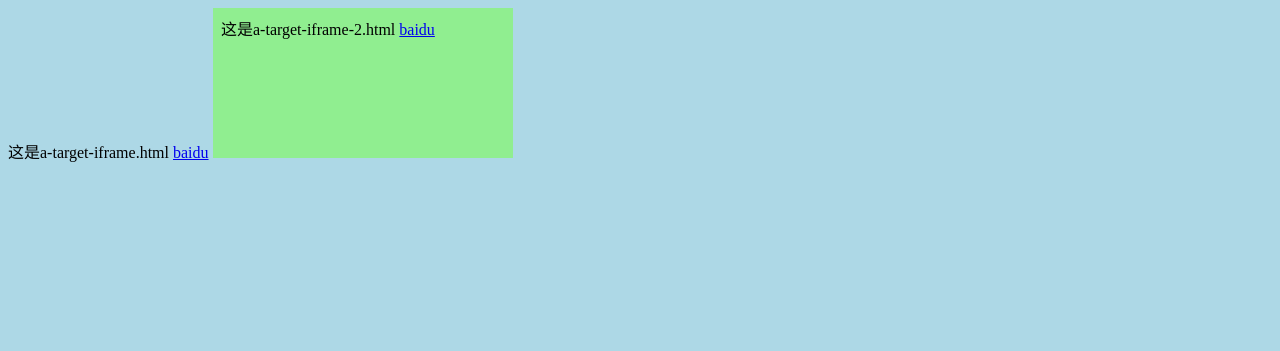
Repository: Lixianlai-2/html-demo-1
Page: a-target-iframe.html
An editor plug-in stored every save of this project. The page is shown before and after the next save, followed by the edit.
The browser window is 1280 px wide. The pictures show the whole page.

Above is the page before, as saved 2021-11-27 12:32:54.

### a-target-iframe.html
<!DOCTYPE html>
<html lang="en">
  <head>
    <meta charset="UTF-8" />
    <meta http-equiv="X-UA-Compatible" content="IE=edge" />
    <meta name="viewport" content="width=device-width, initial-scale=1.0" />
    <title>Document</title>
  </head>
  <body style="background-color: lightblue">
    这是a-target-iframe.html

    <!-- _top会直接在当前页面跳转，而不是按照a-target.html中的_blank打开新页面 -->
    <a href="//baidu.com" target="_top">baidu</a>

    <iframe src="/a-target-iframe-2.html" frameborder="0"></iframe>
  </body>
</html>

### a-target-iframe-2.html
<!DOCTYPE html>
<html lang="en">
  <head>
    <meta charset="UTF-8" />
    <meta http-equiv="X-UA-Compatible" content="IE=edge" />
    <meta name="viewport" content="width=device-width, initial-scale=1.0" />
    <title>Document</title>
  </head>
  <body style="background-color: lightgreen">
    这是a-target-iframe-2.html
    <a href="//baidu.com" target="_parent">baidu</a>
  </body>
</html>

After the next save:
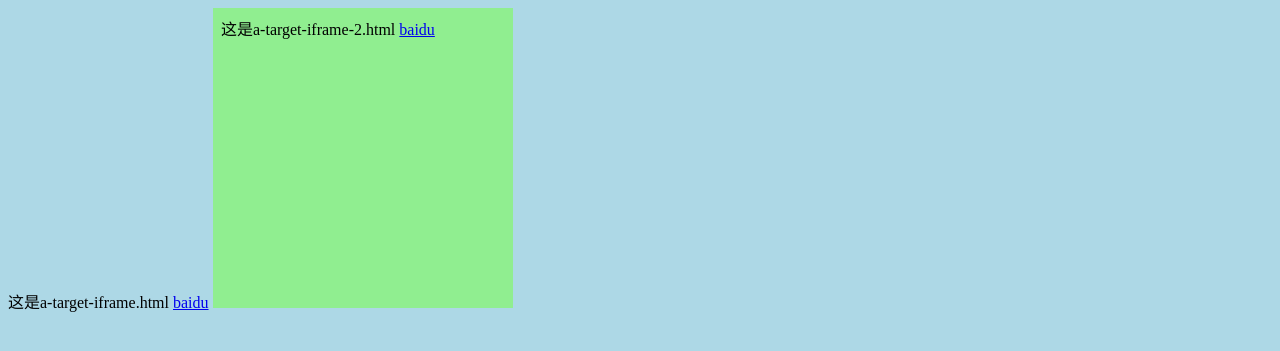
Saved 57 s later.
--- a/a-target-iframe.html
+++ b/a-target-iframe.html
@@ -12,6 +12,11 @@
     <!-- _top会直接在当前页面跳转，而不是按照a-target.html中的_blank打开新页面 -->
     <a href="//baidu.com" target="_top">baidu</a>
 
-    <iframe src="/a-target-iframe-2.html" frameborder="0"></iframe>
+    <iframe
+      width="300px"
+      height="300px"
+      src="/a-target-iframe-2.html"
+      frameborder="0"
+    ></iframe>
   </body>
 </html>

After the save that followed:
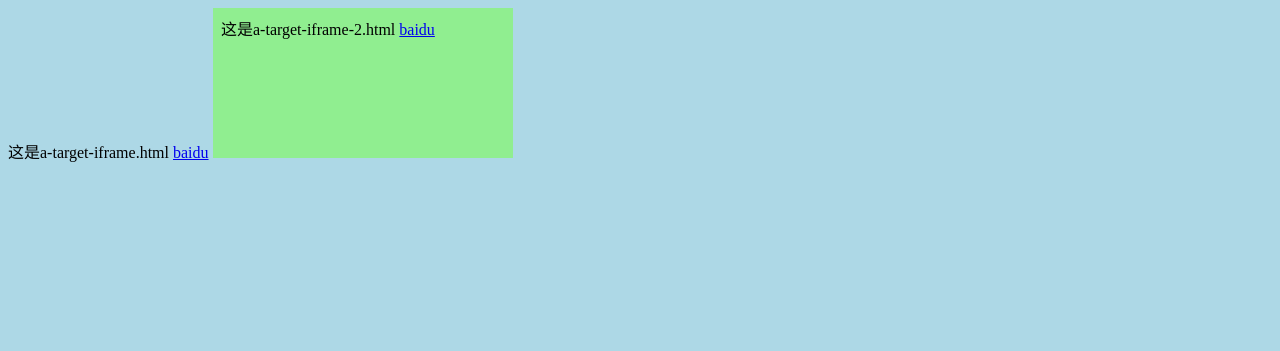
Saved 22 s later.
--- a/a-target-iframe.html
+++ b/a-target-iframe.html
@@ -12,11 +12,6 @@
     <!-- _top会直接在当前页面跳转，而不是按照a-target.html中的_blank打开新页面 -->
     <a href="//baidu.com" target="_top">baidu</a>
 
-    <iframe
-      width="300px"
-      height="300px"
-      src="/a-target-iframe-2.html"
-      frameborder="0"
-    ></iframe>
+    <iframe src="/a-target-iframe-2.html" frameborder="0"></iframe>
   </body>
 </html>
